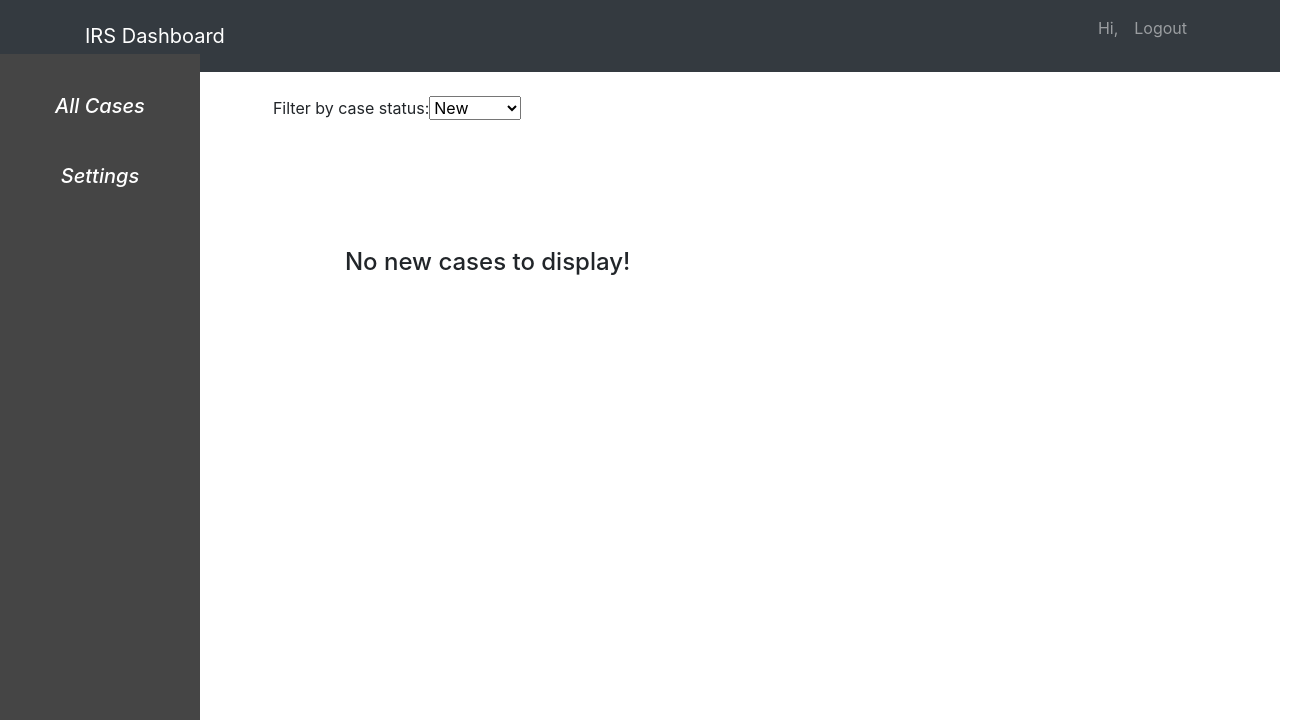
Repository: greeshmavyas/IRS_CS
Page: /AgentDashboard (app in AgentManagement/Frontend/)
These files come from the project's save history. The page is drawn as it stood at one moment and after the next save; the edit follows.
The browser window is 1280 px wide. The page is 1295 px wide, so the pictures cover 1295 px, including what lies to the right of the window. The pictures show the whole page.
Some web libraries are served in a nearby version. The project was rebuilt for these pictures with package versions that can differ from the ones it lists, and the page was loaded fresh each time. Also part of the build but not shown: AgentManagement/Frontend/src/components/NavbarLogin.js, AgentManagement/Frontend/src/components/login.js, AgentManagement/Frontend/src/components/updateProfile.js, AgentManagement/frontend/src/App.css.

Above is the page before, as saved 2020-10-27 11:21:56.

### AgentManagement/frontend/public/index.html
<!DOCTYPE html>
<html lang="en">
  <head>
    <meta charset="utf-8" />
    <link rel="icon" href="%PUBLIC_URL%/favicon.ico" />
    <meta name="viewport" content="width=device-width, initial-scale=1" />
    <meta name="theme-color" content="#000000" />
    <meta
      name="description"
      content="Web site created using create-react-app"
    />
    <link rel="apple-touch-icon" href="%PUBLIC_URL%/logo192.png" />
    <!--
      manifest.json provides metadata used when your web app is installed on a
      user's mobile device or desktop. See https://developers.google.com/web/fundamentals/web-app-manifest/
    -->
    <link rel="manifest" href="%PUBLIC_URL%/manifest.json" />
    <link rel="stylesheet" href="https://stackpath.bootstrapcdn.com/bootstrap/4.4.1/css/bootstrap.min.css"
      integrity="sha384-Vkoo8x4CGsO3+Hhxv8T/Q5PaXtkKtu6ug5TOeNV6gBiFeWPGFN9MuhOf23Q9Ifjh" crossorigin="anonymous">
    <script src="https://kit.fontawesome.com/db1fc867ad.js" crossorigin="anonymous"></script>
    <!--
      Notice the use of %PUBLIC_URL% in the tags above.
      It will be replaced with the URL of the `public` folder during the build.
      Only files inside the `public` folder can be referenced from the HTML.

      Unlike "/favicon.ico" or "favicon.ico", "%PUBLIC_URL%/favicon.ico" will
      work correctly both with client-side routing and a non-root public URL.
      Learn how to configure a non-root public URL by running `npm run build`.
    -->
    <title>React App</title>
  </head>
  <body>
    <noscript>You need to enable JavaScript to run this app.</noscript>
    <div id="root"></div>
    <script src="https://code.jquery.com/jquery-3.4.1.slim.min.js"
      integrity="sha384-J6qa4849blE2+poT4WnyKhv5vZF5SrPo0iEjwBvKU7imGFAV0wwj1yYfoRSJoZ+n" crossorigin="anonymous"></script>
    <script src="https://cdn.jsdelivr.net/npm/popper.js@1.16.0/dist/umd/popper.min.js"
      integrity="sha384-Q6E9RHvbIyZFJoft+2mJbHaEWldlvI9IOYy5n3zV9zzTtmI3UksdQRVvoxMfooAo" crossorigin="anonymous"></script>
    <script src="https://stackpath.bootstrapcdn.com/bootstrap/4.4.1/js/bootstrap.min.js"
      integrity="sha384-wfSDF2E50Y2D1uUdj0O3uMBJnjuUD4Ih7YwaYd1iqfktj0Uod8GCExl3Og8ifwB6" crossorigin="anonymous"></script>
    <!--
      This HTML file is a template.
      If you open it directly in the browser, you will see an empty page.

      You can add webfonts, meta tags, or analytics to this file.
      The build step will place the bundled scripts into the <body> tag.

      To begin the development, run `npm start` or `yarn start`.
      To create a production bundle, use `npm run build` or `yarn build`.
    -->
  </body>
</html>

### AgentManagement/Frontend/src/App.js
import React from 'react';
import { BrowserRouter } from 'react-router-dom';
import Main from "./Main"
import './App.css';

function App() {
  return (
    <div>
      <BrowserRouter>
        <Main />
      </BrowserRouter>
    </div>
  );
}

export default App;

### AgentManagement/Frontend/src/Main.js
import React, { Component } from 'react';
import { Route } from 'react-router-dom';
import login from './components/login';
import Dashboard from './components/Dashboard';
import updateProfile from './components/updateProfile';

 class Main extends Component {
    render() {
        return (
          <div>
            <Route exact path="/" component={login} />
            <Route exact path="/AgentDashboard" component={Dashboard} />
            <Route exact path="/updateProfile" component={updateProfile} />
          </div>
        );
    }
}

export default Main;

### AgentManagement/Frontend/src/components/Dashboard.js
import React, { Component } from 'react';
import axios from "axios";
import NavbarDash from "./NavbarDash";
import { Modal, ModalHeader, ModalBody, ModalFooter } from "reactstrap";
import Sidebar from './Sidebar'
import config from '../config/settings'
import Card from 'react-bootstrap/Card'
import Dropdown from 'react-bootstrap/Dropdown'
import Table from 'react-bootstrap/Table'

class Dashboard extends Component {
  constructor() {
    super();
    this.state = {
      allCases: {},
      viewcase: null,
      modal: false,
      mstatus: "open",
      flag: false
    };

  }

  showModal = () => {
    console.log("hello");
    this.setState({
      modal: !this.state.modal,
    });
  };
  showModal1 = (viewcase) => {
    console.log("hello1");
    this.setState({
      modal: !this.state.modal,
      viewcase: viewcase,
    });
  };

  handleStatusChange = (modalstatus) => {
    this.setState({
      mstatus: modalstatus
    })
  }

  async componentDidMount() {
    console.log("in get all cases frontend")

    let agentID = localStorage.getItem("agentID");
    let organisationID = localStorage.getItem("organisationID")

    axios.defaults.withCredentials = true;
    if(agentID){
      let data = {
        agentID: agentID,
        organisationID: organisationID
      };
      console.log("data is..")
      console.log(data);

      axios({
        method: 'get',
        url: 'http://' + config.hostname + ':' + config.backendPort + '/getCases',
        params: data,
      })
        .then((response) => {
          console.log("response from getCases")
          console.log(response)

          if (response.status === 200) {
            let receivedCases = response.data.cases;
            console.log("received cases")
            console.log(response.data.cases)
            if (receivedCases) {
              this.setState({ allCases: receivedCases, flag: true });
            } else {
              this.setState({ allCases: {} });
            }
          }
          else {
            this.setState({ allCases: {} });
          }

        })
        .catch(error => {
          console.log(error);
          this.setState({ allCases: {} })
        })
    }
    else{
      window.location.reload();
    }

  }

  render() {
    const closeBtn = (
      <button className="close" onClick={() => this.showModal()}>
        &times;
       </button>
    );
    var casedetails;
    if (this.state.flag) {
      casedetails = this.state.allCases.map((ticket) => {
        return (
          <div>
            <div onClick={() => this.showModal1(ticket)} >
                  <Table>
                    <tbody >
                      <tr >
                        <td style={{ width: '10rem' }}> ID: {ticket.CaseID}</td>
                        <td style={{ width: '15rem' }}>Status: {ticket.Status}</td>
                        <td style={{ width: '50rem' }}>{ticket.Information} </td>
                      </tr>
                    </tbody>
                  </Table>
            </div>
          </div>
        );
      });
    }
    return (
      <div>
        <NavbarDash />
        <div className="row">
          <div className="col-2">
            <Sidebar />
          </div>
          <div className="container col-9">
          <form action="/action_page.php">
            <label for="filters">Filter by case status:   </label>
              <select name="status" id="status">
                <option value="New">New</option>
                <option value="Open">Open</option>
                <option value="Resolved">Resolved</option>
                <option value="Pending">Pending</option>
              </select>
            <br></br>
            <br></br>
            <br></br>
          </form>
          {this.state.allCases.length > 0 ? (
              <div className="col-10">
                {casedetails}
                {this.state.viewcase != null ? (
                  <Modal
                    isOpen={this.state.modal}
                    toggle={() => this.showModal()}
                    className="modal-popup-lg"
                    scrollable
                  >
                    <ModalHeader
                      toggle={() => this.showModal()}
                      close={closeBtn}
                    >
                      Case Details
                   </ModalHeader>
                    <ModalBody className="modal-body">
                      <div className=" row form-group">
                        <p className="font-weight col-7">
                          Information : {this.state.viewcase.Information}
                        </p>
                        <div className="col-3">
                          <button class="btn btn-success dropdown-toggle" type="button" id="dropdownMenuButton" data-toggle="dropdown" aria-haspopup="true" aria-expanded="false">
                            {this.state.mstatus}</button>
                          <div class="dropdown-menu" aria-labelledby="dropdownMenuButton">
                            <button onClick={() => this.handleStatusChange("Working")} class="dropdown-item" >Working</button>
                            <button onClick={() => this.handleStatusChange("Resolved")} class="dropdown-item" >Resolved</button>
                            <button onClick={() => this.handleStatusChange("Postponed")} class="dropdown-item" >Postponed</button>
                          </div>
                        </div>
                      </div>
                      <div className="form-group">
                        <p className="font-weight-bold">
                          Resolution Comments : {this.state.viewcase.ResolutionComments}
                        </p>

                      </div>

                    </ModalBody>
                    <ModalFooter>
                    </ModalFooter>
                  </Modal>
                ) : null}
              </div>
            ) : (
                <div>
                  <h4 style={{ margin: "3em" }}>No new cases to display!</h4>
                </div>
              )}
          </div>

        </div>
      </div>
    );
  }
}

export default Dashboard;

### AgentManagement/Frontend/src/config/settings.js
module.exports = {
    "hostname": "localhost",
    "backendPort": 3001,
    'frontendHostName': 'localhost',
    'frontendPort': 3000,
};

### AgentManagement/Frontend/src/components/NavbarDash.js
import React, { Component } from 'react';

class NavbarDash extends Component {

  handleLogout = () => {
    window.localStorage.clear();
  };

  render() {
    return (
      <nav className="navbar navbar-expand-sm navbar-dark bg-dark mb-4">
        <div className="container">
          <a className="navbar-brand" href="/AgentDashboard">
            IRS Dashboard
          </a>
          <button
            className="navbar-toggler"
            type="button"
            data-toggle="collapse"
            data-target="#mobile-nav"
          >
            <span className="navbar-toggler-icon"></span>
          </button>

          <div className="collapse navbar-collapse" id="mobile-nav">

            <ul className="navbar-nav ml-auto">
              <li className="nav-item">
                <p className="nav-link" >
                  Hi, {localStorage.getItem("firstname")}
                </p>
              </li>
              <li className="nav-item">
                <a className="nav-link" href="/" onClick={this.handleLogout}>
                  Logout
                </a>
              </li>
            </ul>
          </div>
        </div>
      </nav>
    );
  }
}

export default NavbarDash;

### AgentManagement/Frontend/src/components/Sidebar.js
import React from 'react';
import styled from 'styled-components';
import { BrowserRouter as Router, Route, Link, withRouter } from "react-router-dom";

const StyledSideNav = styled.div`
    position: fixed;     /* Fixed Sidebar (stay in place on scroll and position relative to viewport) */
    height: 100%;
    width: 200px;     /* Set the width of the sidebar */
    z-index: 1;      /* Stay on top of everything */
    top: 3.4em;      /* Stay at the top */
    background-color: #454545; /* Black */
    overflow-x: hidden;     /* Disable horizontal scroll */
    padding-top: 40px;
    font-style: oblique;
`;

class SideNav extends React.Component {
    constructor(props) {
        super(props);
        this.state = {
            activePath: props.location.pathname,
            items: [
                {
                  path: '/dashboard', /* path is used as id to check which NavItem is active basically */
                  name: 'All Cases',
                  key: 1 /* Key is required, else console throws error. Does this please you Mr. Browser?! */
                },
                {
                    path: '/updateProfile',
                    name: 'Settings',
                    key: 2
                  },
              ]
        }
    }

    onItemClick = (path) => {
        this.setState({ activePath: path });
    }

    render() {
        const { items, activePath } = this.state;
        return(
            <StyledSideNav>
                {
                    items.map((item) => {
                        return (
                            <NavItem
                                path={item.path}
                                name={item.name}
                                onItemClick={this.onItemClick}
                                active={item.path === activePath}
                                key={item.key}
                            />
                        );
                    })
                }
            </StyledSideNav>
        );
    }
}

const RouterSideNav = withRouter(SideNav);

const StyledNavItem = styled.div`
    height: 70px;
    width: 200px; /* width must be same size as NavBar to center */
    text-align: center; /* Aligns <a> inside of NavIcon div */
    margin-bottom: 0;   /* Puts space between NavItems */
    a {
        font-size: 2.7em;
        color: ${(props) => props.active ? "white" : "#FFFFFF"};
        :hover {
            opacity: 0.7;
            text-decoration: none; /* Gets rid of underlining of icons */
        }
    }
`;

class NavItem extends React.Component {
    handleClick = () => {
        const { path, onItemClick } = this.props;
        onItemClick(path);
    }

    render() {
        const { active } = this.props;
        return(

            <StyledNavItem active={active}>

                <Link to={this.props.path}   className={this.props.name} onClick={this.handleClick}>

                    <NavIcon> <h5 color = "#FFFFFF" >{this.props.name}</h5></NavIcon>
                </Link>
            </StyledNavItem>
        );
    }
}

const NavIcon = styled.div`
`;

export default class Sidebar extends React.Component {
    render() {
        return (
            <RouterSideNav></RouterSideNav>
        );
    }
}

Loaded but not shown: AgentManagement/Frontend/src/index.js (common file); AgentManagement/frontend/src/index.css (common file); AgentManagement/frontend/src/serviceWorker.js (common file)

After the next save:
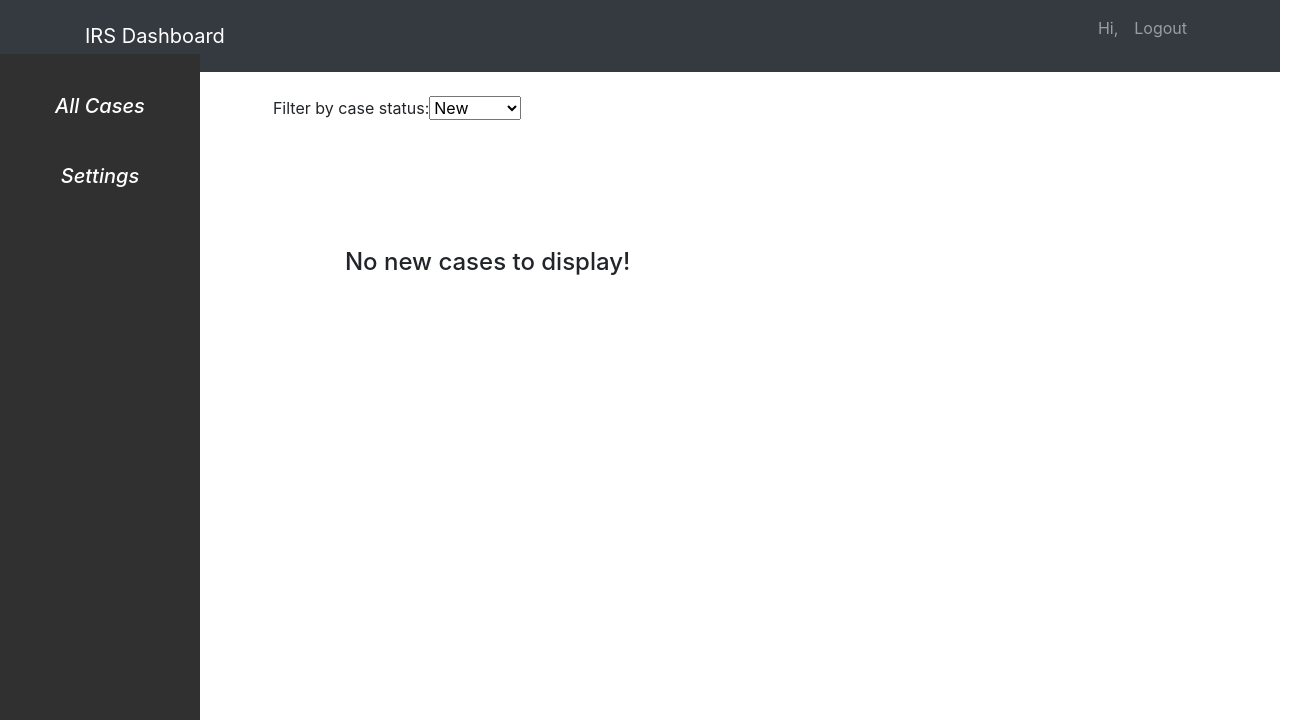
Saved 116 s later.
--- a/AgentManagement/Frontend/src/components/Sidebar.js
+++ b/AgentManagement/Frontend/src/components/Sidebar.js
@@ -8,7 +8,7 @@ const StyledSideNav = styled.div`
     width: 200px;     /* Set the width of the sidebar */
     z-index: 1;      /* Stay on top of everything */
     top: 3.4em;      /* Stay at the top */
-    background-color: #454545; /* Black */
+    background-color: #303030; /* Black */
     overflow-x: hidden;     /* Disable horizontal scroll */
     padding-top: 40px;
     font-style: oblique;
